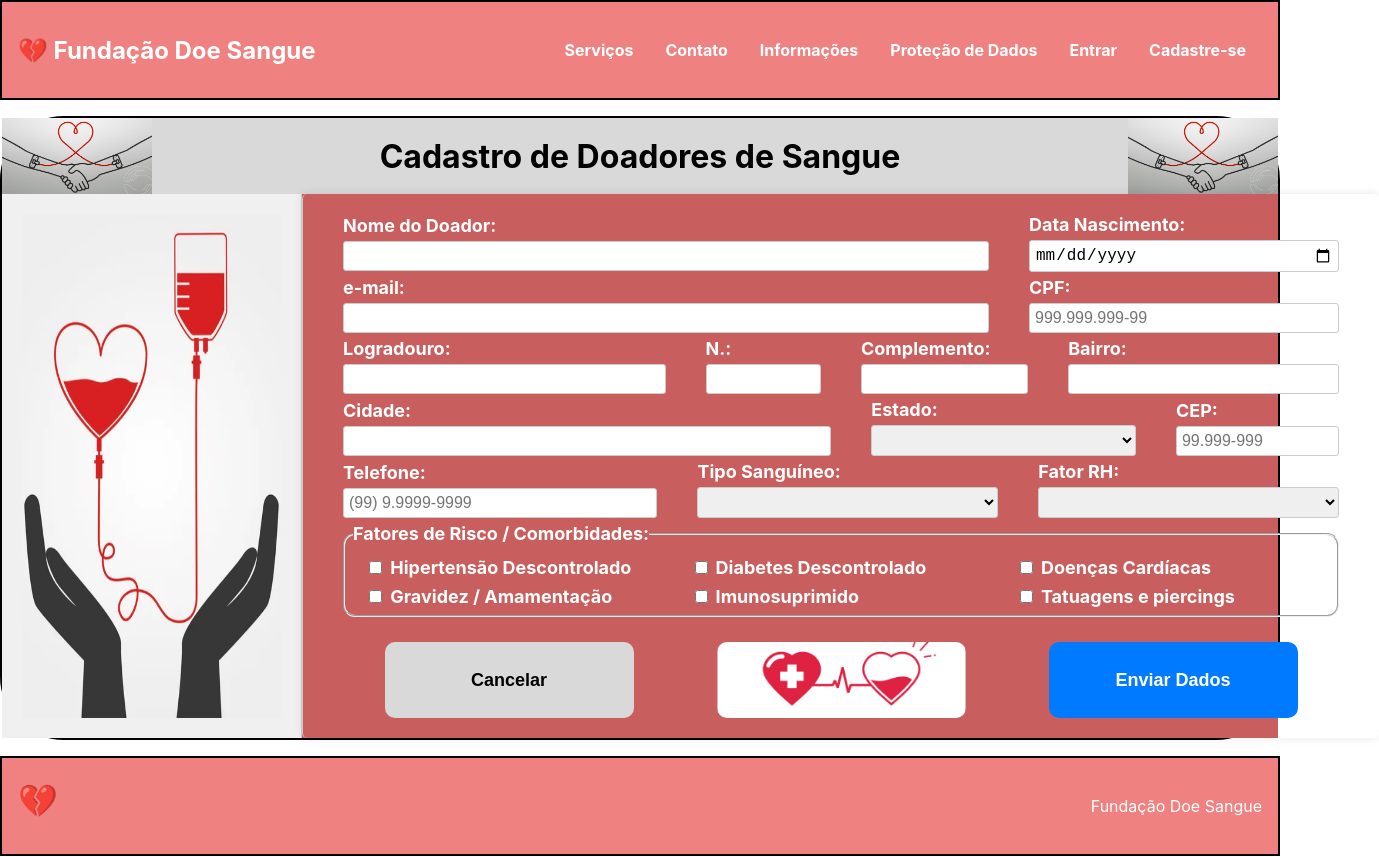
Repository: rodrigototy/doacao-sangue
Page: codigo/cadastro.html
An editor plug-in stored every save of this project. The page is shown before and after the next save, followed by the edit.
The browser window is 1280 px wide. The page is 1379 px wide, then 1377 px, so the pictures cover 1379 px, including what lies to the right of the window. The pictures show the whole page.

Above is the page before, as saved 2023-11-27 00:05:21.

After the next save:
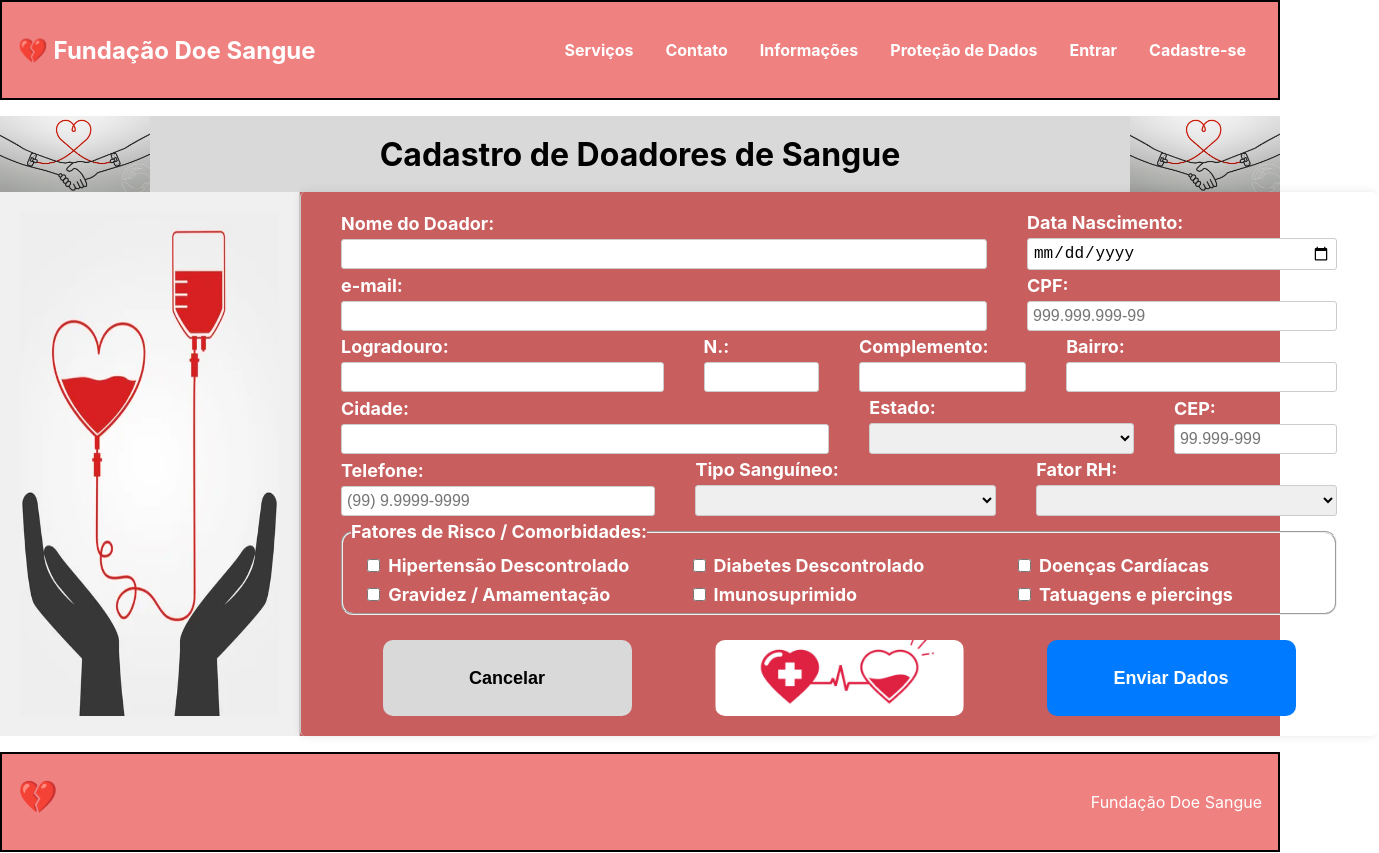
Saved 60 s later.
--- a/codigo/static/styles/cadastro.css
+++ b/codigo/static/styles/cadastro.css
@@ -37,9 +37,6 @@ main {
 .formulario {
   display: flex;
   flex-direction: column;
-  border: 2px solid black;
-  border-radius: 4rem;
-}
 
 .logo {
   max-width: 150px;
